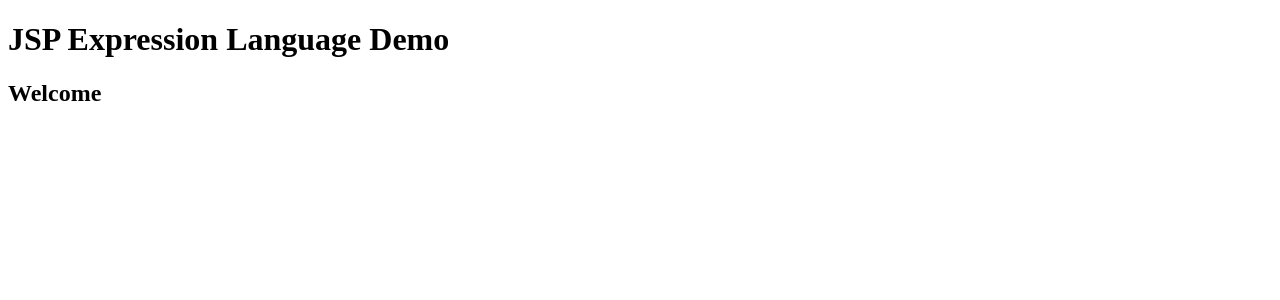
Repository: adityaram1987/git-repos
Page: http://localhost/demoWeb/xyz.jsp
An editor plug-in stored every save of this project. The page is shown before and after the next save, followed by the edit.
The browser window is 1280 px wide. The pictures show the whole page.
The page is served by Tomcat 9. Other server files are loaded and not shown.

Above is the page before, as saved 2019-07-10 10:36:27.

### eclipse-workspace/demoWeb/WebContent/xyz.jsp
<%@ page language="java" contentType="text/html; charset=ISO-8859-1"
    pageEncoding="ISO-8859-1"%>
<!DOCTYPE html PUBLIC "-//W3C//DTD HTML 4.01 Transitional//EN" "http://www.w3.org/TR/html4/loose.dtd">
<html>
<head>
<meta http-equiv="Content-Type" content="text/html; charset=ISO-8859-1">
<title>Insert title here</title>
</head>
<body>
<h1>JSP Expression Language Demo</h1>
<h2>Welcome ${ param.t1 }</h2>
</body>
</html>

After the next save:
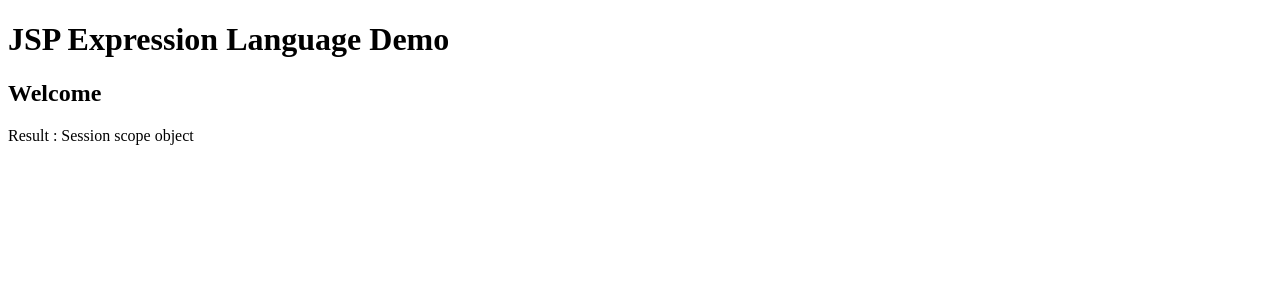
Saved 9 s later.
--- a/eclipse-workspace/demoWeb/WebContent/xyz.jsp
+++ b/eclipse-workspace/demoWeb/WebContent/xyz.jsp
@@ -9,5 +9,9 @@
 <body>
 <h1>JSP Expression Language Demo</h1>
 <h2>Welcome ${ param.t1 }</h2>
+<%
+	session.setAttribute("abc", "Session scope object");
+%>
+ Result : ${ sessionScope.abc }
 </body>
 </html>
